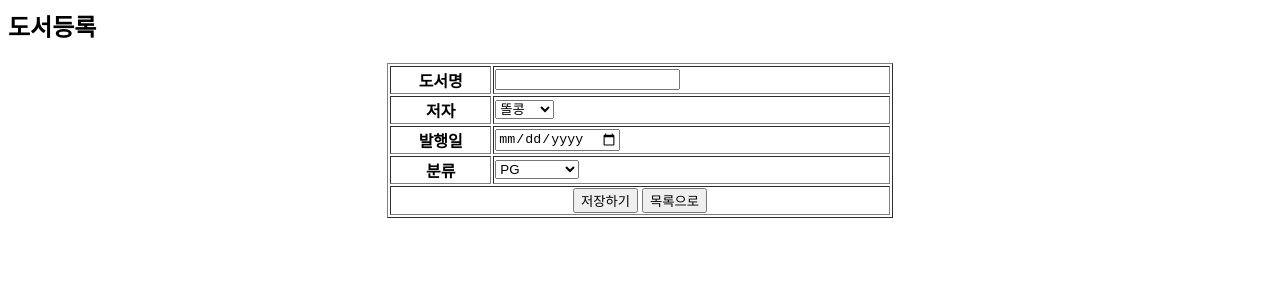
Repository: Mildous/HKIT-BackendClass
Page: http://localhost/jspTest/BookInfo/insert_sub.jsp
An editor plug-in stored every save of this project. The page is shown before and after the next save, followed by the edit.
The browser window is 1280 px wide. The pictures show the whole page.
The page is served by Tomcat 9. Other server files are loaded and not shown. Queries for data that is not in the repository find no rows.

Above is the page before, as saved 2022-08-16 08:10:16.

### workspace/jsp/jspTest/WebContent/BookInfo/insert_sub.jsp
<%@page import="java.util.ArrayList"%>
<%@ page language="java" contentType="text/html; charset=UTF-8"
    pageEncoding="UTF-8"%>
<%@ page import="bookAuthor.model.dao.BookAuthorDAO" %>
<%@ page import="bookAuthor.model.dto.BookAuthorDTO" %>
<h2>도서등록</h2>

<form name="DirForm">
<table border="1" width="40%" align="center">
	<tr>
		<th>도서명</th>
		<td><input type="text" name="subject" id="subject"></td>
	</tr>
	<tr>
		<th>저자</th>
		<td>
			<%
				BookAuthorDAO dao = new BookAuthorDAO();
				ArrayList<BookAuthorDTO> list = dao.getSelectAll();
			%>
			<select name="authorNo">
				<option value="1">똘콩</option>
				<option value="2">진이</option>
				<option value="3">길동이</option>
			</select>
		</td>
	</tr>
	<tr>
		<th>발행일</th>
		<td><input type="date" name="created" id="created"></td>
	</tr>
	<tr>
		<th>분류</th>
		<td>
			<select name="profileNo">
				<option value="1">PG</option>
				<option value="2">프로그램</option>
				<option value="3">프로그래밍</option>
			</select>
		</td>
	</tr>
	<tr>
		<td colspan="2" align="center">
			<button type="button" onClick="formSubmit();">저장하기</button>
			<button type="button" onClick="location.href='list.jsp';">목록으로</button>
		</td>
	</tr>
</table>
</form>

<script>
function formSubmit() {
	if(confirm('저장할까요?')) {
		document.DirForm.action = "insertProc.jsp";
		document.DirForm.method = "post";
		document.DirForm.submit();
	}
}
</script>

### workspace/jsp/jspTest/src/bookAuthor/model/dao/BookAuthorDAO.java
package bookAuthor.model.dao;

import java.sql.Connection;
import java.sql.PreparedStatement;
import java.sql.ResultSet;
import java.util.ArrayList;

import bookAuthor.model.dto.BookAuthorDTO;
import config.DB;

public class BookAuthorDAO {

	Connection conn = null;
	PreparedStatement pstmt = null;
	ResultSet rs = null;
	String tableName_1 = "bookAuthor";

	public ArrayList<BookAuthorDTO> getSelectAll() {
		ArrayList<BookAuthorDTO> list = new ArrayList<BookAuthorDTO>();
		conn = DB.dbConn();
		try {
			String sql = "select * from " + tableName_1 + " order by authorNo desc";
			pstmt = conn.prepareStatement(sql);
			rs = pstmt.executeQuery();
			while(rs.next()) {
				BookAuthorDTO resultDto = new BookAuthorDTO();
				resultDto.setAuthorNo(rs.getInt("authorNo"));
				resultDto.setAuthor(rs.getString("author"));
				resultDto.setRegiDate(rs.getDate("regiDate"));
				list.add(resultDto);
			}
		} catch(Exception e) {
			//e.printStackTrace();
		} finally {
			DB.dbConnClose(rs, pstmt, conn);
		}
		return list;
	}

	public BookAuthorDTO getSelectOne(BookAuthorDTO paramDto) {
		BookAuthorDTO resultDto = new BookAuthorDTO();
		conn = DB.dbConn();
		try {
			String sql = "select * from " + tableName_1 + " where authorNo = ?";
			pstmt = conn.prepareStatement(sql);
			pstmt.setInt(1, paramDto.getAuthorNo());
			rs = pstmt.executeQuery();
			if(rs.next()) {
				resultDto.setAuthorNo(rs.getInt("authorNo"));
				resultDto.setAuthor(rs.getString("author"));
				resultDto.setRegiDate(rs.getDate("regiDate"));
			}
		} catch(Exception e) {
			//e.printStackTrace();
		} finally {
			DB.dbConnClose(rs, pstmt, conn);
		}
		return resultDto;
	}

	public int setInsert(BookAuthorDTO paramDto) {
		int result = 0;
		conn = DB.dbConn();
		try {
			String sql = "insert into " + tableName_1 + " values(seq_bookAuthor.nextval, ?, sysdate)";
			pstmt = conn.prepareStatement(sql);
			pstmt.setString(1, paramDto.getAuthor());
			result = pstmt.executeUpdate();
		} catch(Exception e) {
			//e.printStackTrace();
		} finally {
			DB.dbConnClose(rs, pstmt, conn);
		}
		return result;
	}

	public int setUpdate(BookAuthorDTO paramDto) {
		int result = 0;
		conn = DB.dbConn();
		try {
			String sql = "update " + tableName_1 + " set author = ? where authorNo = ?";
			pstmt = conn.prepareStatement(sql);
			pstmt.setString(1, paramDto.getAuthor());
			pstmt.setInt(2, paramDto.getAuthorNo());
			result = pstmt.executeUpdate();
		} catch(Exception e) {
			//e.printStackTrace();
		} finally {
			DB.dbConnClose(rs, pstmt, conn);
		}
		return result;
	}

	public int setDelete(BookAuthorDTO paramDto) {
		int result = 0;
		conn = DB.dbConn();
		try {
			String sql = "delete from " + tableName_1 + " where authorNo = ?";
			pstmt = conn.prepareStatement(sql);
			pstmt.setInt(1, paramDto.getAuthorNo());
			result = pstmt.executeUpdate();
		} catch(Exception e) {
			//e.printStackTrace();
		} finally {
			DB.dbConnClose(rs, pstmt, conn);
		}
		return result;
	}
}

### workspace/jsp/jspTest/src/config/DB.java
package config;

import java.sql.Connection;
import java.sql.DriverManager;
import java.sql.PreparedStatement;
import java.sql.ResultSet;

public class DB {
	public static Connection dbConn() {
		String dbDriver = "oracle.jdbc.driver.OracleDriver";
		String dbUrl = "jdbc:oracle:thin:@localhost:1521/xe";
		String dbId = "jspTest";
		String dbPasswd = "1234";

		Connection conn = null;

		try {
			Class.forName(dbDriver);
		} catch(Exception e) {
			//e.printStackTrace();
			System.out.println("-- 오라클 드라이버 오류 --");
		}

		try {
			conn = DriverManager.getConnection(dbUrl, dbId, dbPasswd);
		} catch(Exception e) {
			//e.printStackTrace();
			System.out.println("-- 오라클 접속 오류 --");
		}
		return conn;
	}

	public static void dbConnClose(ResultSet rs, PreparedStatement pstmt, Connection conn) {

		try {
			if(rs != null) { rs.close(); }
		} catch(Exception e) {
			//e.printStackTrace();
		}

		try {
			if(pstmt != null) { pstmt.close(); }
		} catch(Exception e) {
			//e.printStackTrace();
		}

		try {
			if(conn != null) { conn.close(); }
		} catch(Exception e) {
			//e.printStackTrace();
		}
	}
}

After the next save:
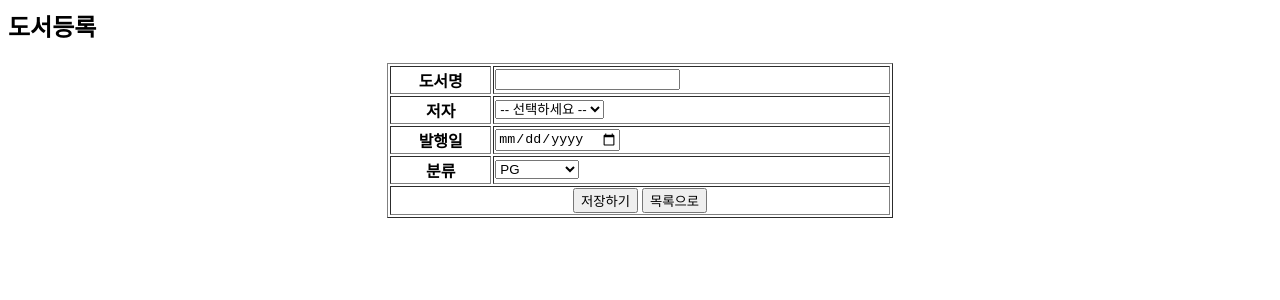
Saved 40 s later.
--- a/workspace/jsp/jspTest/WebContent/BookInfo/insert_sub.jsp
+++ b/workspace/jsp/jspTest/WebContent/BookInfo/insert_sub.jsp
@@ -19,7 +19,7 @@
 				ArrayList<BookAuthorDTO> list = dao.getSelectAll();
 			%>
 			<select name="authorNo">
-				<option value="1">똘콩</option>
+				<option value="" selected>-- 선택하세요 --</option>
 				<option value="2">진이</option>
 				<option value="3">길동이</option>
 			</select>
